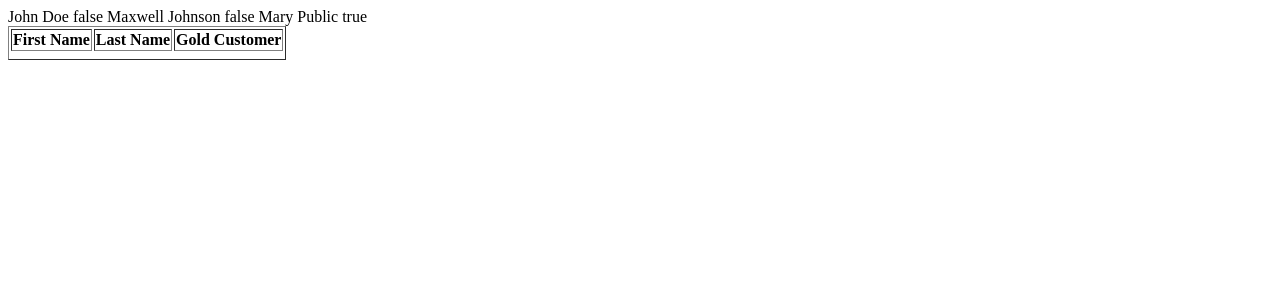
Repository: linhphan98/JavaDatabase
Page: http://localhost/JSTLtagDemo/forEach-Student.jsp
An editor plug-in stored every save of this project. The page is shown before and after the next save, followed by the edit.
The browser window is 1280 px wide. The pictures show the whole page.
The page is served by Tomcat 9.

Above is the page before, as saved 2020-01-14 19:04:23.

### JSTLtagDemo/WebContent/forEach-Student.jsp
<%@ taglib uri="http://java.sun.com/jsp/jstl/core" prefix = "c" %>
<%@ page import="java.util.*, jsp.tagDemo.Student" %>

<%
	// create some data
	List<Student> data = new ArrayList<>();

	data.add(new Student("John", "Doe", false));
	data.add(new Student("Maxwell", "Johnson", false));
	data.add(new Student("Mary", "Public", true));

	pageContext.setAttribute("myStudents", data);
%>

<html>
	<body>
	<table border="1">

		<tr>
			<th>First Name</th>
			<th>Last Name</th>
			<th>Gold Customer</th>
		</tr>

		<c:forEach var="tempStudent" items="${myStudents}">
			<tr>
				${tempStudent.firstName} ${tempStudent.lastName} ${tempStudent.goldCustomer}
			</tr>
		</c:forEach>
	</table>

	</body>
</html>

### JSTLtagDemo/src/jsp/tagDemo/Student.java
package jsp.tagDemo;

public class Student {

	private String firstName, lastName;
	private boolean goldCustomer;

	public Student(String firstName, String lastName, boolean goldCustomer) {
		super();
		this.firstName = firstName;
		this.lastName = lastName;
		this.goldCustomer = goldCustomer;
	}

	public void setGoldCustomer(boolean goldCustomer) {
		this.goldCustomer = goldCustomer;
	}
	public void setFirstName(String firstName) {
		this.firstName = firstName;
	}
	public void setLastName(String lastName) {
		this.lastName = lastName;
	}

	public String getFirstName() {
		return firstName;
	}
	public String getLastName() {
		return lastName;
	}
	public boolean isGoldCustomer() {
		return goldCustomer;
	}

}

After the next save:
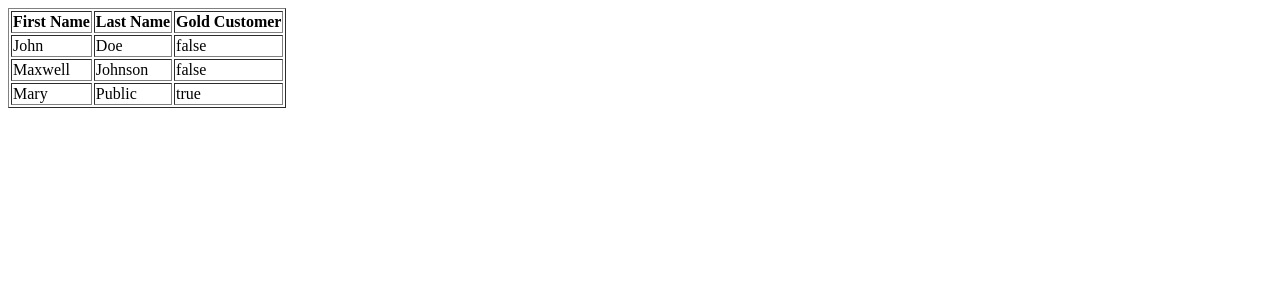
Saved 34 s later.
--- a/JSTLtagDemo/WebContent/forEach-Student.jsp
+++ b/JSTLtagDemo/WebContent/forEach-Student.jsp
@@ -24,7 +24,9 @@
 
 		<c:forEach var="tempStudent" items="${myStudents}">
 			<tr>
-				${tempStudent.firstName} ${tempStudent.lastName} ${tempStudent.goldCustomer}
+				<td> ${tempStudent.firstName} </td>
+				<td> ${tempStudent.lastName} </td>
+				<td> ${tempStudent.goldCustomer} </td>
 			</tr>
 		</c:forEach>
 	</table>
